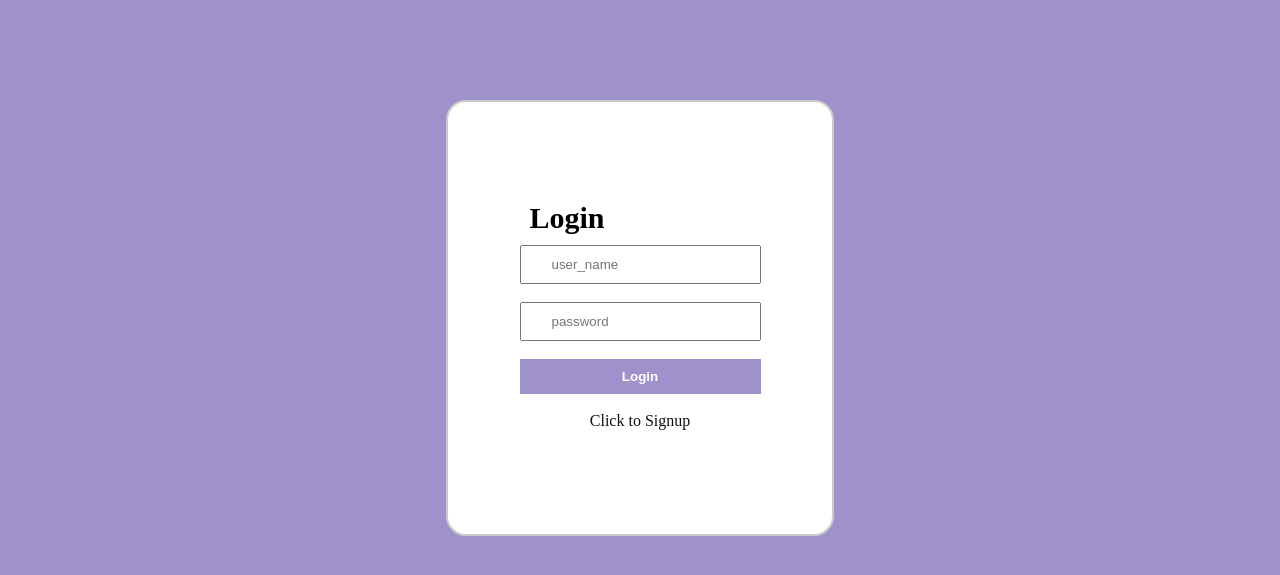
Repository: prathyushaa5/artgallery
Page: http://localhost/index/login.php
These files come from the project's save history. The page is drawn as it stood at one moment and after the next save; the edit follows.
The browser window is 1280 px wide. The pictures show the whole page.
The page is run by PHP 8.4 with error messages shown; the project is at /var/www/html/.

Above is the page before, as saved 2023-11-16 14:21:42.

After the next save:
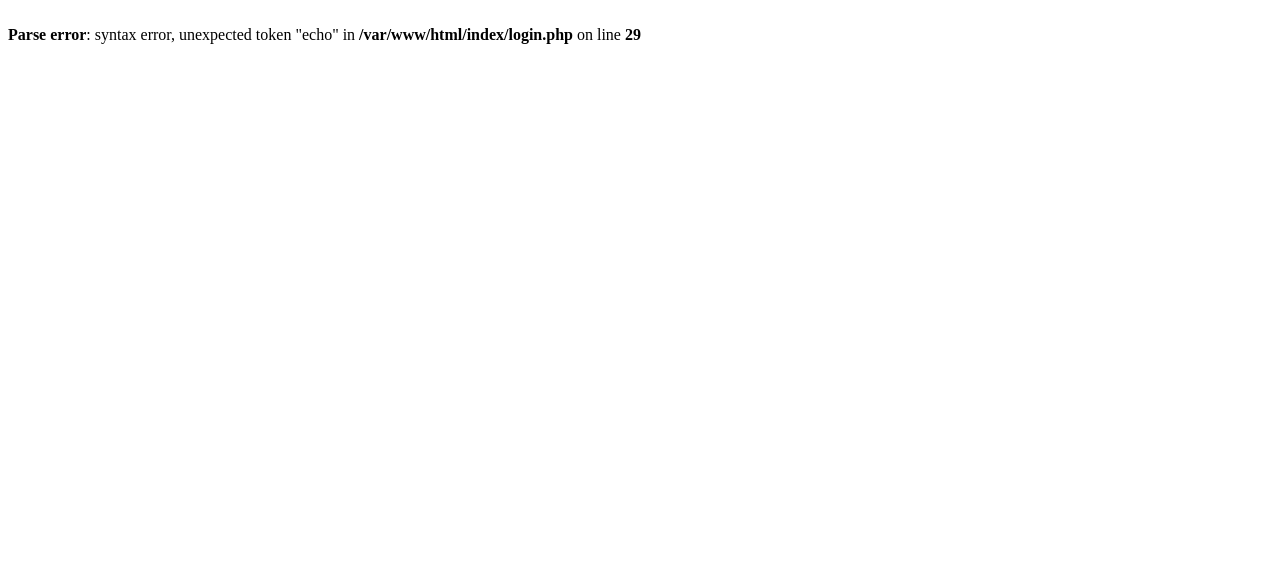
Saved 2 min 4 s later.
--- a/index/login.php
+++ b/index/login.php
@@ -25,7 +25,8 @@
      }
 }
  }
- echo "error";
+ $message="error"
+ echo "<";
 
 }else{
  echo "Please enter valid username or password!";
@@ -48,7 +49,7 @@
     <input type="text" name="user_name" id="user_name" placeholder="user_name"><br><br>
     <input type="password" name="password" id="password" placeholder="password"><br><br>
     <input type="submit" value="Login" id="button"><br><br>
-    <a href="signup.php"> Click to Signup</a>
+    <div><a href="signup.php"> Click to Signup</a></div>
     <p></p>
     </form>
     </div>

After the save that followed:
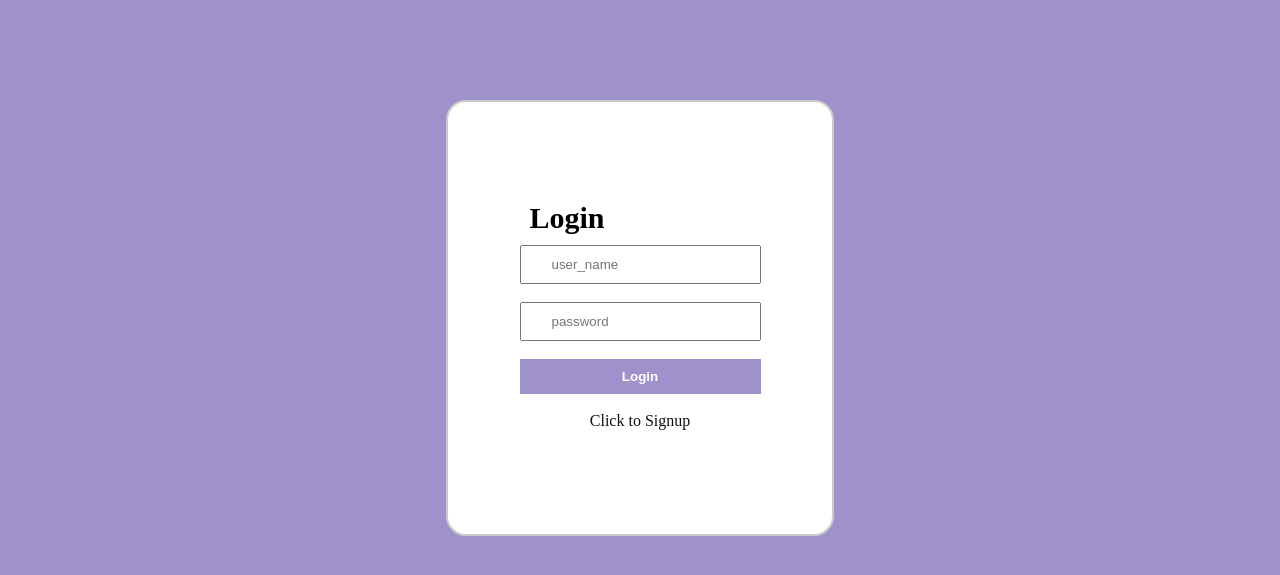
Saved 103 s later.
--- a/index/login.php
+++ b/index/login.php
@@ -25,8 +25,8 @@
      }
 }
  }
- $message="error"
- echo "<";
+ $message="error";
+ echo "<div style='text-align:center;'><p>$message</p></div>";
 
 }else{
  echo "Please enter valid username or password!";
